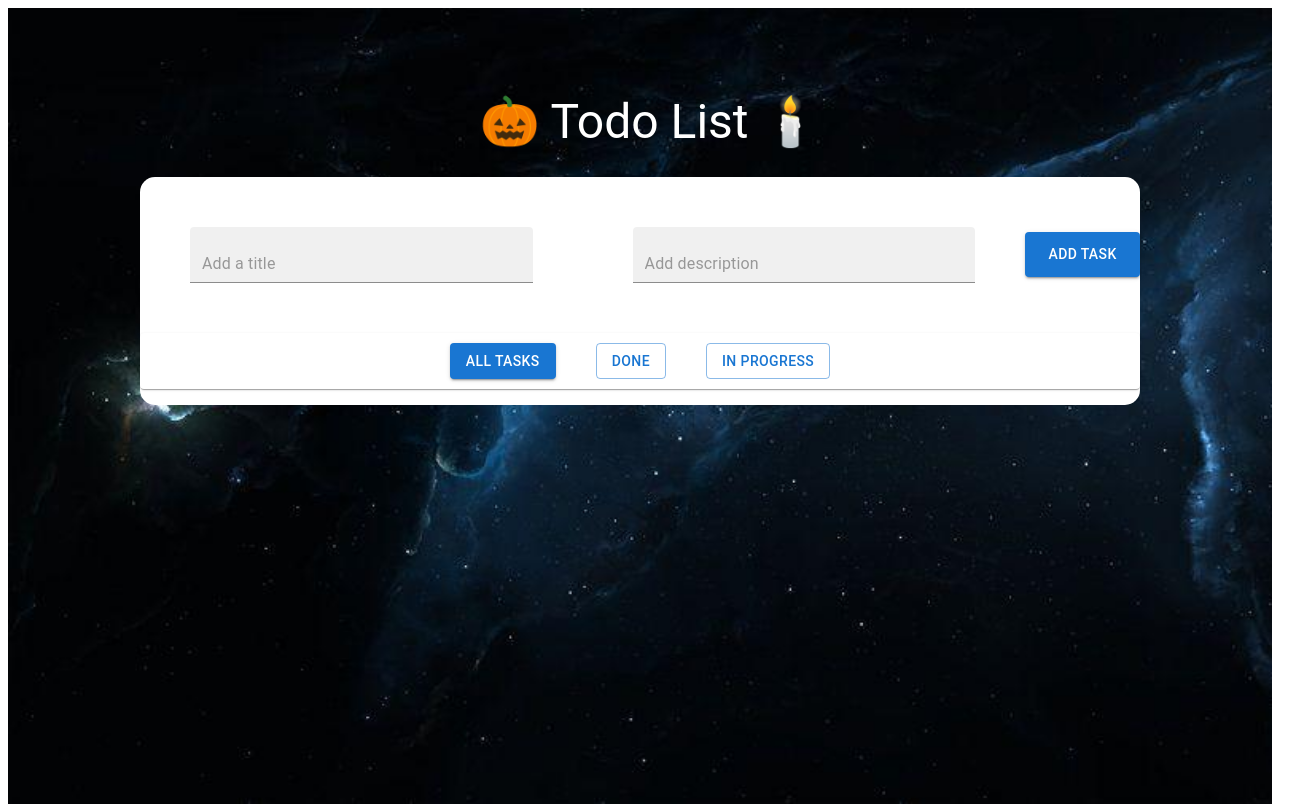
Repository: Tracy-maker/TodoList
Page: /
These files come from the project's save history. The page is drawn as it stood at one moment and after a run of saves; the edit follows.
The browser window is 1280 px wide. The page is 1292 px wide, so the pictures cover 1292 px, including what lies to the right of the window. The pictures show the whole page.
The project was rebuilt for these pictures with package versions that can differ from the ones it lists, and the page was loaded fresh each time. Also part of the build but not shown: src/components/TaskEdit.js, src/components/TaskShow.js.

Above is the page before, as saved 2023-09-20 17:53:15.

After the next 2 saves:
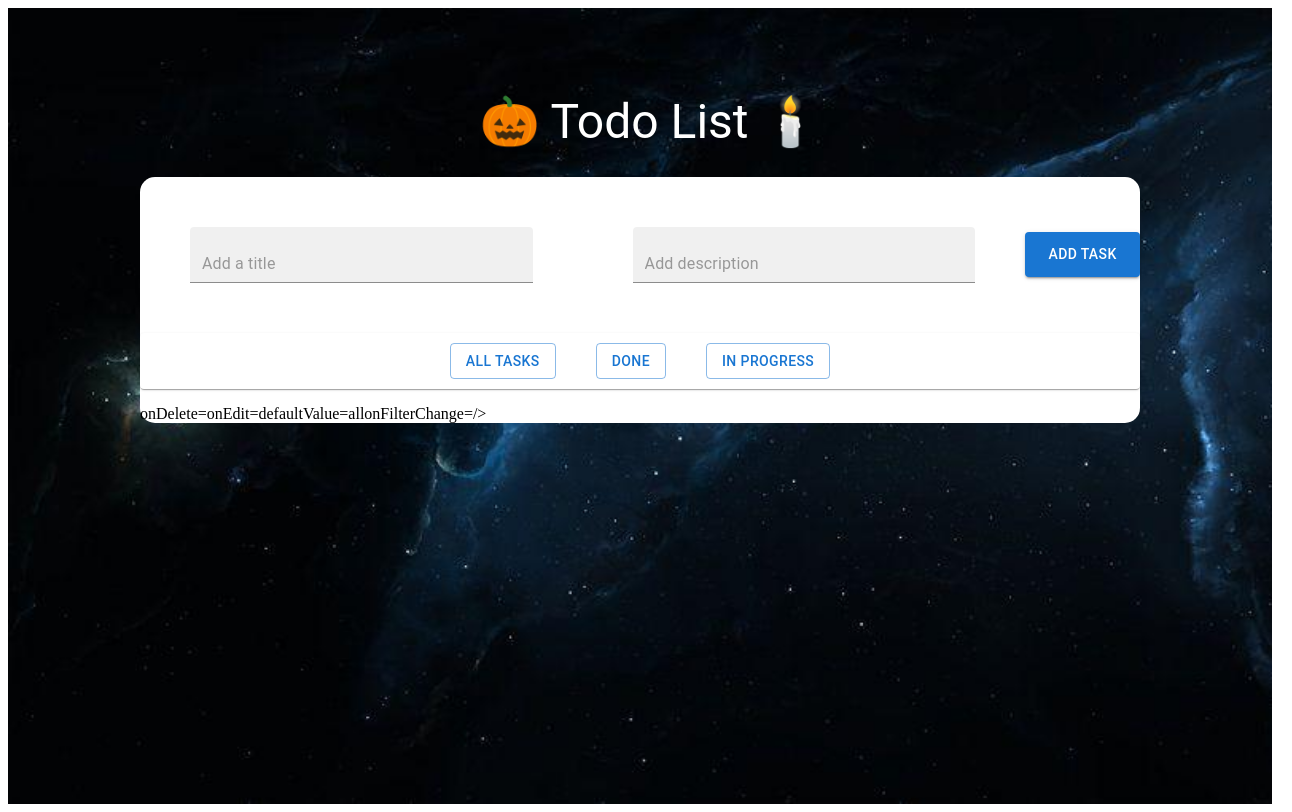
The 2 saves are shown as one change because they came seconds apart.
The last was saved 80 s later.
--- a/src/App.js
+++ b/src/App.js
@@ -46,7 +46,6 @@
   useEffect(() => {
     localStorage.setItem("tasks", JSON.stringify(tasks));
   }, [tasks]);
-
 
   const createTask = (title, description) => {
     const newTask = {
@@ -125,13 +124,11 @@
       </Title>
       <TaskForm>
         <CreateTask onCreate={createTask} />
-        <TaskList
-          toggleCheckedBoxById={toggleCheckedBoxById}
-          tasks={filteredTasks}
-          onDelete={deleteTasksById}
-          onEdit={editTaskById}
-          defaultValue={filter}
-          onFilterChange={handleFilterTasks}
+        <TaskList toggleCheckedBoxById={toggleCheckedBoxById} tasks={tasks} />
+        onDelete={deleteTasksById}
+        onEdit={editTaskById}
+        defaultValue={filter}
+        onFilterChange={handleFilterTasks}
         />
       </TaskForm>
     </StyledContainer>

After the save that followed:
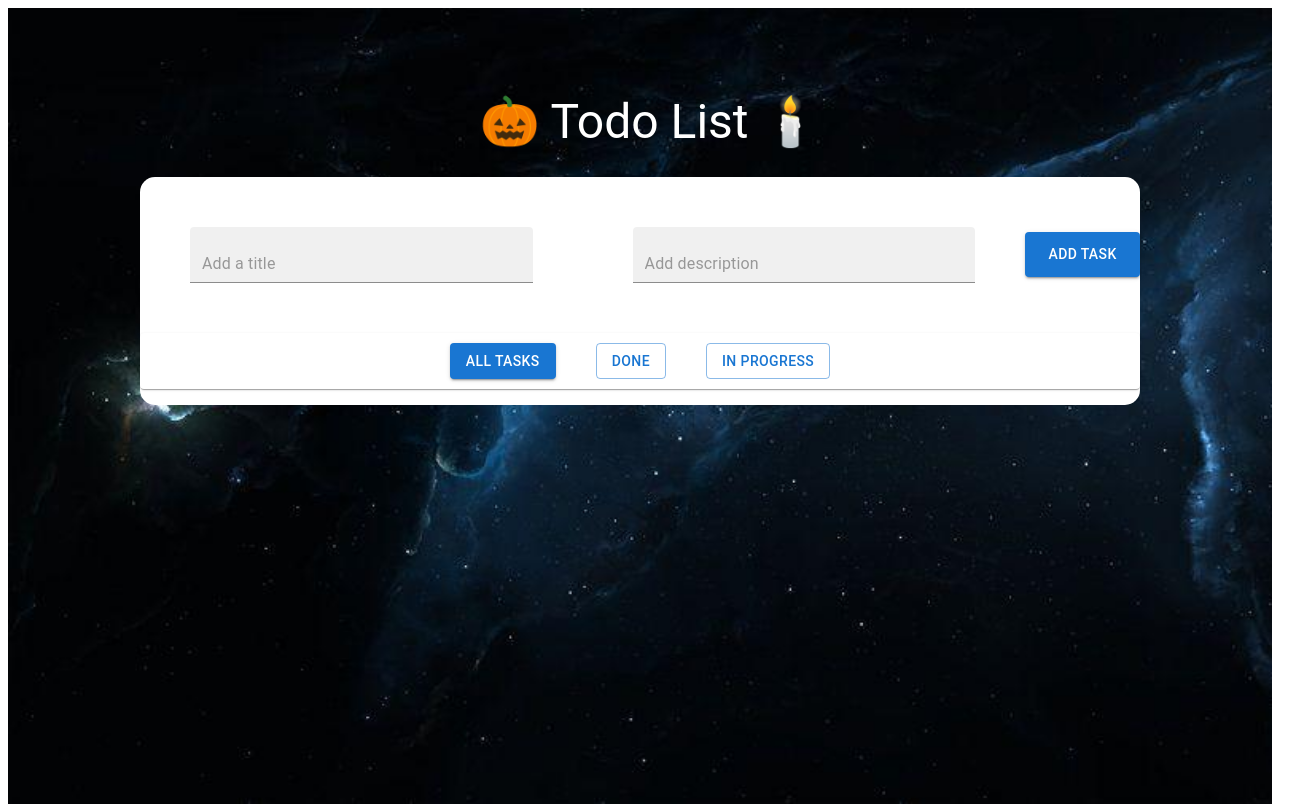
Saved 26 s later.
--- a/src/App.js
+++ b/src/App.js
@@ -46,6 +46,7 @@
   useEffect(() => {
     localStorage.setItem("tasks", JSON.stringify(tasks));
   }, [tasks]);
+
 
   const createTask = (title, description) => {
     const newTask = {
@@ -124,11 +125,13 @@
       </Title>
       <TaskForm>
         <CreateTask onCreate={createTask} />
-        <TaskList toggleCheckedBoxById={toggleCheckedBoxById} tasks={tasks} />
-        onDelete={deleteTasksById}
-        onEdit={editTaskById}
-        defaultValue={filter}
-        onFilterChange={handleFilterTasks}
+        <TaskList
+          toggleCheckedBoxById={toggleCheckedBoxById}
+          tasks={tasks}
+          onDelete={deleteTasksById}
+          onEdit={editTaskById}
+          defaultValue={filter}
+          onFilterChange={handleFilterTasks}
         />
       </TaskForm>
     </StyledContainer>
